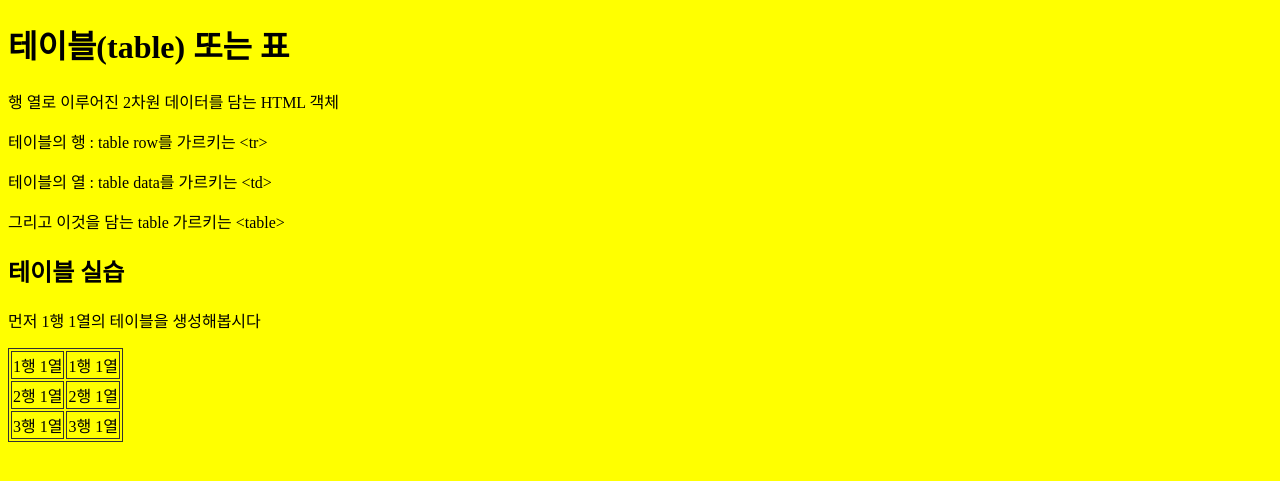
Repository: kmh9964/view
Page: workspace/studyhtml5/src/main/webapp/docs/first.html
These files come from the project's save history. The page is drawn as it stood at one moment and after the next save; the edit follows.
The browser window is 1280 px wide. The pictures show the whole page.

Above is the page before, as saved 2022-12-15 06:12:02.

### workspace/studyhtml5/src/main/webapp/docs/first.html
<!doctype html>
<html lang="en">
<head>
<meta charset="UTF-8" />
<title>표</title>
<link rel="stylesheet" href="../css/main.css" />
</head>
<body>
	<h1>테이블(table) 또는 표</h1>
	<p>행 열로 이루어진 2차원 데이터를 담는 HTML 객체<p>
	<p>테이블의 행 : table row를 가르키는 &lt;tr&gt;</p> <!-- &은 그냥 특수 문자,lt 작다,gt는 크다라는 뜻 -->
	<p>테이블의 열 : table data를 가르키는 &lt;td&gt;</p>
	<p>그리고 이것을 담는 table 가르키는 &lt;table&gt;</p>
	<h2>테이블 실습</h2>
	<p>먼저 1행 1열의 테이블을 생성해봅시다</p>

	<table>
		<tr> <!-- 행 -->
			<td>1행 1열</td><td>1행 1열</td> <!-- 열 -->
		</tr>
		<tr> <!-- 행 -->
			<td>2행 1열</td><td>2행 1열</td> <!-- 열 -->
		</tr>
		<tr> <!-- 행 -->
			<td>3행 1열</td><td>3행 1열</td> <!-- 열 -->
		</tr>
	</table>

</body>
</html>

### workspace/studyhtml5/src/main/webapp/css/main.css
@charset "UTF-8";

body {
	background: yellow;
}

/* css 선택자
		-- 자주 쓰는것 : 1~5
		1)공용 선택자 : *
		2) 태그 선택자 :p
		3)클래스 선택자 : .text
		4) 아이디 선택자 :




*/

table, td {
		border :  1px solid #333;  /* 선의 두께, 선의 종류, 선의 색상 */
		border-collapse: clollapse; /* 테두리-겹침: 겹쳐라 */
}

After the next save:
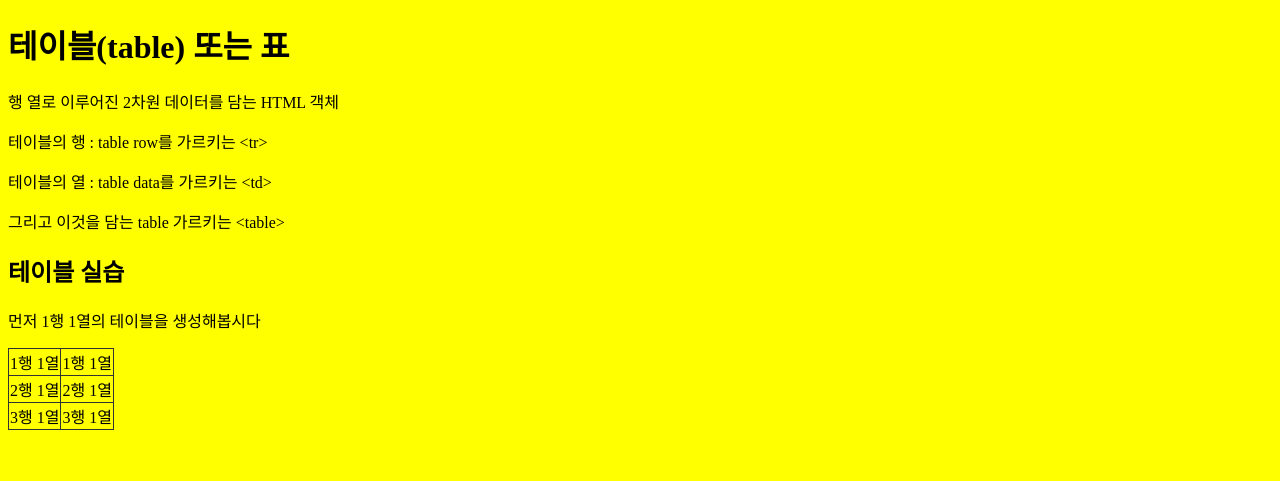
Saved 67 s later.
--- a/workspace/studyhtml5/src/main/webapp/css/main.css
+++ b/workspace/studyhtml5/src/main/webapp/css/main.css
@@ -18,5 +18,5 @@ body {
 
 table, td {
 		border :  1px solid #333;  /* 선의 두께, 선의 종류, 선의 색상 */
-		border-collapse: clollapse; /* 테두리-겹침: 겹쳐라 */
+		border-collapse: collapse; /* 테두리-겹침: 겹쳐라 */
 }
